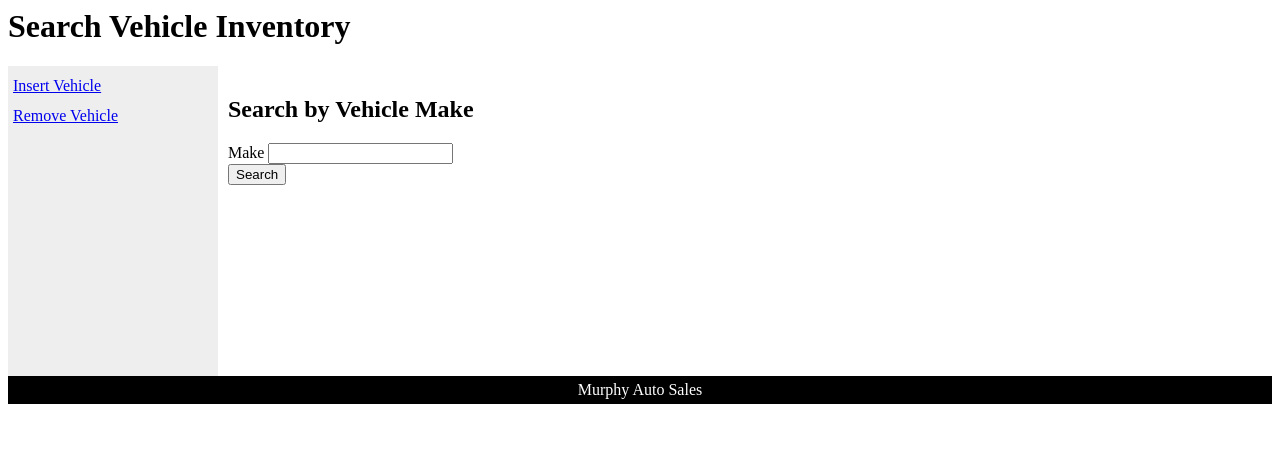
Repository: CamdenMurphy/workspace4830-intro-to-software-engineering
Page: techExercise/techExercise-Murphy/src/main/webapp/search_murphy.html
These files come from the project's save history. The page is drawn as it stood at one moment and after the next save; the edit follows.
The browser window is 1280 px wide. The pictures show the whole page.

Above is the page before, as saved 2023-10-12 06:03:42.

After the next save:
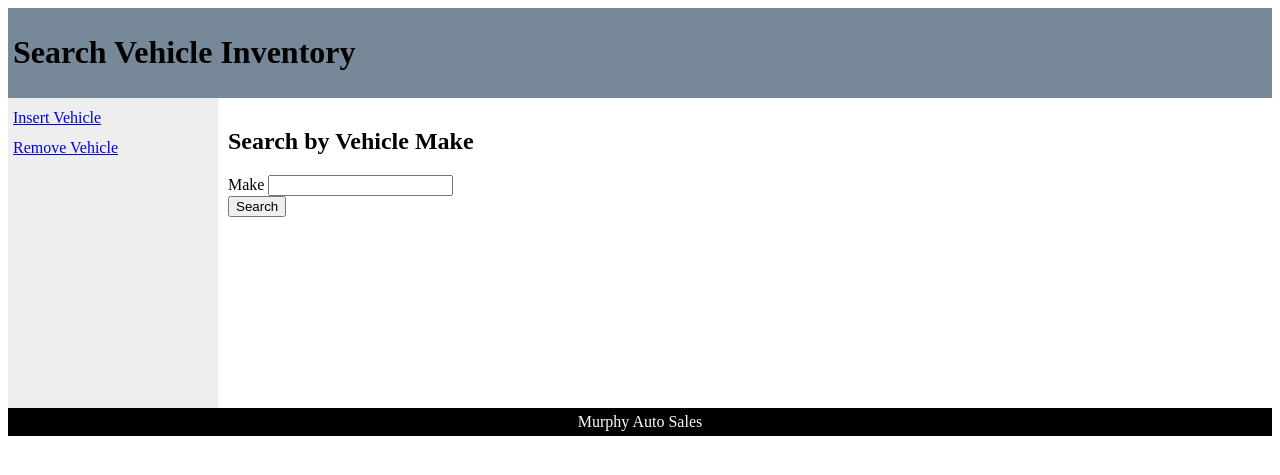
Saved 54 s later.
--- a/techExercise/techExercise-Murphy/src/main/webapp/search_murphy.html
+++ b/techExercise/techExercise-Murphy/src/main/webapp/search_murphy.html
@@ -2,7 +2,7 @@
 <head>
 <style>
 header {
-	background-color:
+	background-color: lightslategrey;
     padding: 5px;
 }
 nav {
